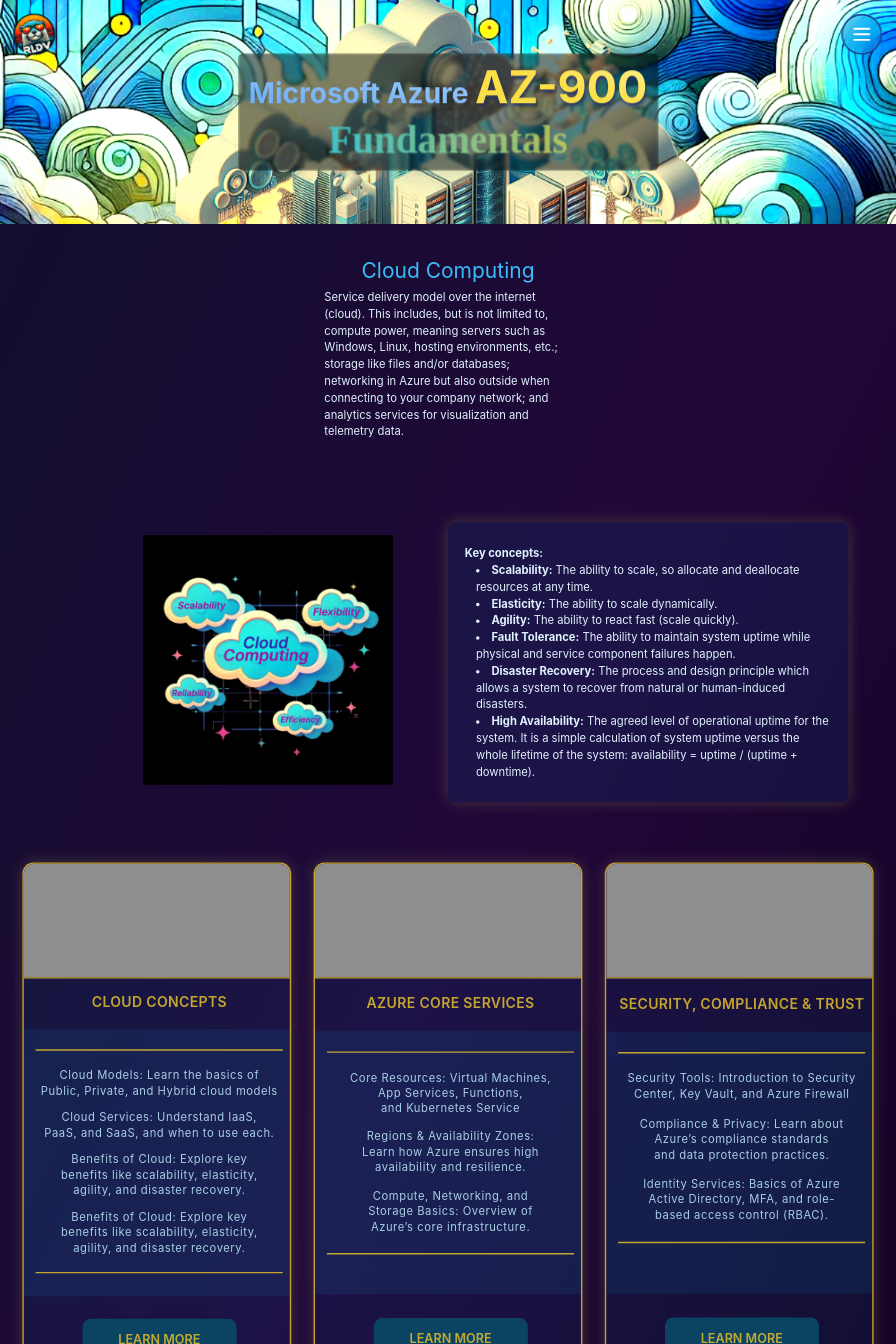
Repository: Freezler/az-900_svelte5
Page: /
The author's editor kept a copy of each file at every save. The page is drawn from the files as they stood at one save, then again after the next save.
The browser window is 1280 px wide. The pictures show the part of the page from y = 0 to 1920 px (the page is 2710 px tall), at 70% of full size.
Pictures or frames that could not be fetched are drawn as grey boxes. The project was rebuilt for these pictures with package versions that can differ from the ones it lists, and the page was loaded fresh each time. The framework's server and built-in components were replaced by stand-ins that run in the browser. Also part of the build but not shown: vite.config.ts.

Above is the page before, as saved 2024-11-10 10:52:27.

After the next save:
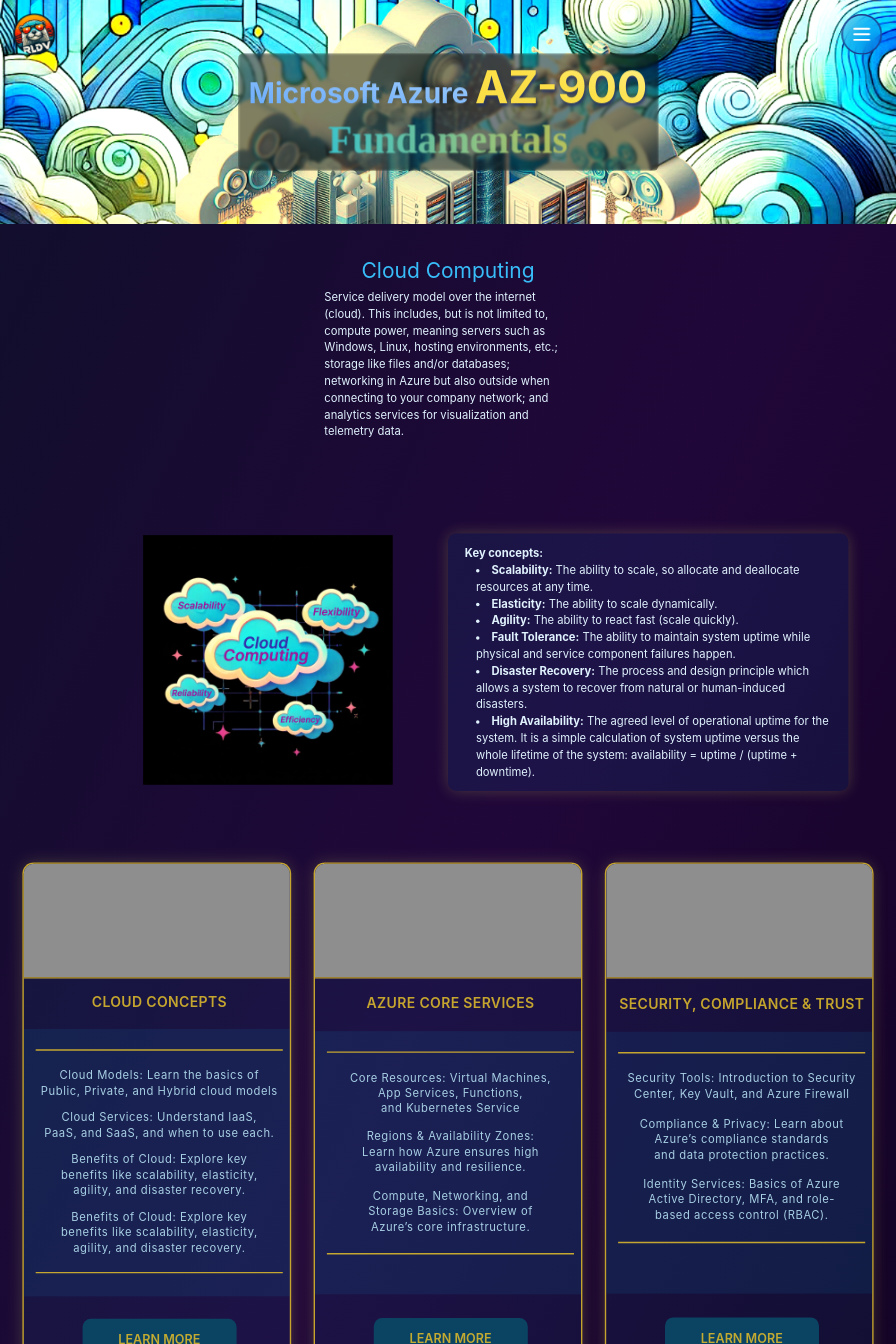
Saved 6 s later.
--- a/src/components/ComputingArticle.svelte
+++ b/src/components/ComputingArticle.svelte
@@ -17,7 +17,7 @@
 		class=" w-full md:w-[572px]  mx-auto rounded-2xl overflow-hidden p-14 m-0"
 	/>
 	<article
-		class=" bg-sky-600/10  text-sky-100 px-6 py-8 w-[572px] mt-16 rounded-xl shadow-[0_0px_22px_rgba(255,255,99,0.2)]"
+		class=" bg-sky-600/10  text-sky-100 px-6 py-4 w-[572px] mt-16 rounded-xl shadow-[0_0px_22px_rgba(255,255,99,0.2)]"
 	>
 		<p><strong>Key concepts:</strong></p>
 		<ul class="list-inside list-disc pl-4">
